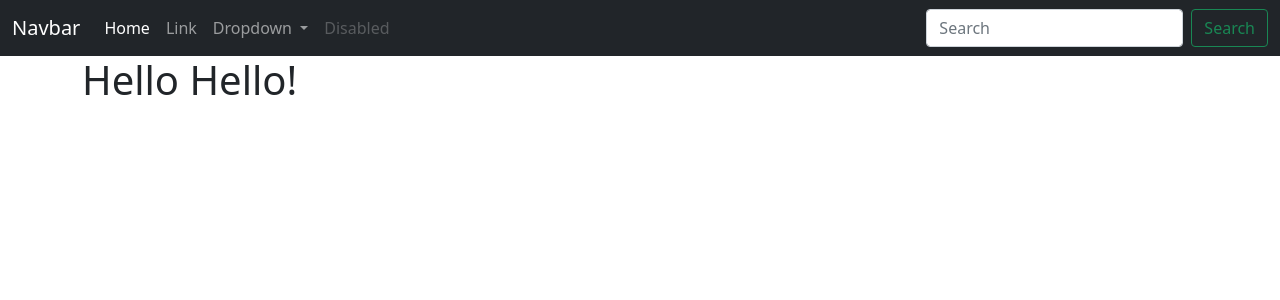
Repository: MuzhdaEhsan/WEBD6201-W2021-ICE1
Page: Week1/index.html
These files come from the project's save history. The page is drawn as it stood at one moment and after the next save; the edit follows.
The browser window is 1280 px wide. The pictures show the whole page.

Above is the page before, as saved 2021-01-20 02:07:53.
Console error: ReferenceError: index is not defined

After the next save:
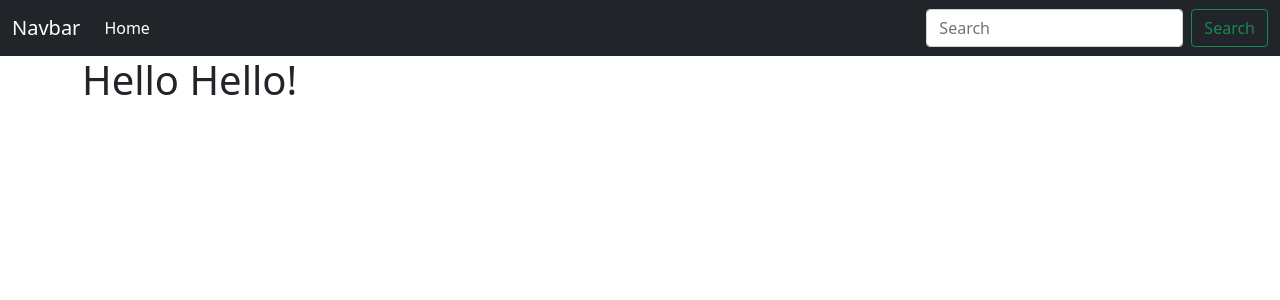
Saved 109 s later.
--- a/Week1/index.html
+++ b/Week1/index.html
@@ -28,23 +28,7 @@
               <li class="nav-item">
                 <a class="nav-link active" aria-current="page" href="#">Home</a>
               </li>
-              <li class="nav-item">
-                <a class="nav-link" href="#">Link</a>
-              </li>
-              <li class="nav-item dropdown">
-                <a class="nav-link dropdown-toggle" href="#" id="navbarDropdown" role="button" data-bs-toggle="dropdown" aria-expanded="false">
-                  Dropdown
-                </a>
-                <ul class="dropdown-menu" aria-labelledby="navbarDropdown">
-                  <li><a class="dropdown-item" href="#">Action</a></li>
-                  <li><a class="dropdown-item" href="#">Another action</a></li>
-                  <li><hr class="dropdown-divider"></li>
-                  <li><a class="dropdown-item" href="#">Something else here</a></li>
-                </ul>
-              </li>
-              <li class="nav-item">
-                <a class="nav-link disabled" href="#" tabindex="-1" aria-disabled="true">Disabled</a>
-              </li>
+
             </ul>
             <form class="d-flex">
               <input class="form-control me-2" type="search" placeholder="Search" aria-label="Search">
